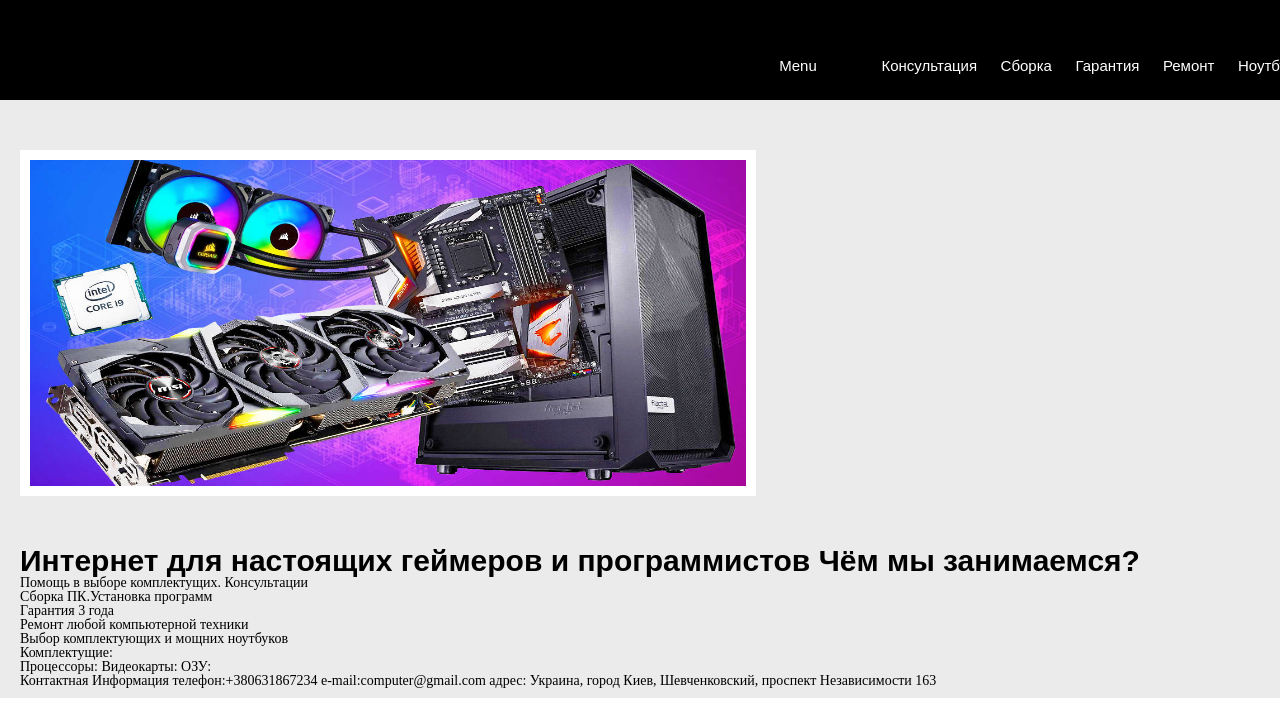
Repository: Bohdan-Sandovenko/First-Project-Flex
Page: index.html
An editor plug-in stored every save of this project. The page is shown before and after the next save, followed by the edit.
The browser window is 1280 px wide. The pictures show the whole page.
The style sheet was rebuilt from its Sass, Less or Tailwind sources for each picture, by a compiler version that may differ from the author's.

Above is the page before, as saved 2024-07-26 23:22:33.

### index.html
<!DOCTYPE html>
<html lang="en">
<head>
    <meta charset="UTF-8">
    <meta name="viewport" content="width=device-width, initial-scale=1.0">
    <link rel="stylesheet" href="css/style.css">
    <title>Document</title>
</head>
<body>
    <header class="top-of-site">
        <nav class="nav-links-of-top">
            <button class="button-menu">Menu</button>
            <a href="">Консультация</a>
            <a href="">Сборка</a>
            <a href="">Гарантия</a>
            <a href="">Ремонт</a>
            <a href="">Ноутбуки</a>
        </nav>
    </header>
    <main class="content">
        <div class="content-top">
            <div class="content-top-image-block">
                <img src="images/first images.jpg" alt="sorry" class="content-top-image">
            </div>
            <span class="content-top-text-inside">Интернет для настоящих геймеров и программистов
            Чём мы занимаемся?</span>
            <ul class="content-top-list">
                <li>Помощь в выборе комплектущих. Консультации</li>
                <li>Сборка ПК.Установка программ</li>
                <li>Гарантия 3 года</li>
                <li>Ремонт любой компьютерной техники</li>
                <li>Выбор комплектующих и мощних ноутбуков</li>
            </ul>
        </div>
        <div class="content-bottom">
            Комплектущие:
            <div class="photos-computer-compotent">
                Процессоры:
                Видеокарты:
                ОЗУ:
            </div>
        </div>
        <footer class="footer">
            Контактная Информация
            телефон:+380631867234
            e-mail:computer@gmail.com
            адрес: Украина, город Киев, Шевченковский, проспект Независимости 163
        </footer>
    </main>
</body>
</html>

### css/style.scss
@import "nullstyles.scss";
$color-black: black;
$color-white: white;
$color-green: rgb(5, 132, 132);
$color-grey: rgb(196, 199, 199);
$color-content: rgb(235, 235, 235);
$font-family-top: Arial, Helvetica, sans-serif;
$font-weight-header: 400;


.top-of-site {
    width: 100%;
    height: 100px;
    background-color: black;
    padding: 50px;
    position: fixed;

    .nav-links-of-top {
        position: relative;
        top: 50%;
        right: -60%;

        .button-menu {
            margin: 0 40px 0px 0px;
            height: 30px;
            width: 80px;
            border-radius: 5px;
            background-color: $color-black;
            color: $color-white;
            font-family: $font-family-top;
            font-weight: $font-weight-header;
            font-size: 15px;

            &:hover {
                opacity: 0.9;
                border: 1px solid $color-green;
            }

            &:active {
                width: 79.5px;
                color: $color-grey;
            }

        }
    }

    a {
        padding: 0 20px 0 0;
        color: $color-white;
        font-family: Arial, Helvetica, sans-serif;
        font-weight: 400;
        font-size: 15px;
    }
}

////////////////////////////////////////////////////////////////////////////////////////////////
.content {
    padding: 100px 20px 10px 20px;
    background-color: $color-content;

    .content-top {
        .content-top-image-block {
            margin: 50px 0px 50px 0px;

            .content-top-image {
                width: 736px;
                height: 346px;
                border: 10px solid $color-white;
            }
        }

        .content-top-text-inside {
            font-family: $font-family-top;
            font-weight: 700;
            font-size: 30px;
        }
    }
}

### css/nullstyles.scss
* {
    padding: 0;
    margin: 0;
    border: 0;
}


*,
*:before,
*:after {
    -webkit-box-sizing: border-box;
    -moz-box-sizing: border-box;
    box-sizing: border-box;
}


:focus,
:active {
    outline: none;
}

a:focus,
a:active {
    outline: none;
}


nav,
footer,
header,
aside {
    display: block;
}


html,
body {
    height: 100%;
    width: 100%;
    font-size: 100%;
    line-height: 1;
    font-size: 14px;
    -ms-text-size-adjust: 100%;
    -moz-text-size-adjust: 100%;
    -webkit-text-size-adjust: 100%;
}


input,
button,
textarea {
    font-family: inherit;
}


input::-ms-clear {
    display: none;
}

button {
    cursor: pointer;
}

button::-moz-focus-inner {
    padding: 0;
    border: 0;
}

a,
a:visited {
    text-decoration: none;
}

a:hover {
    text-decoration: none;
}

ul li {
    list-style: none;
}

img {
    vertical-align: top;
}

h1,
h2,
h3,
h4,
h5,
h6 {
    font-size: inherit;
    font-weight: 400;
}

After the next save:
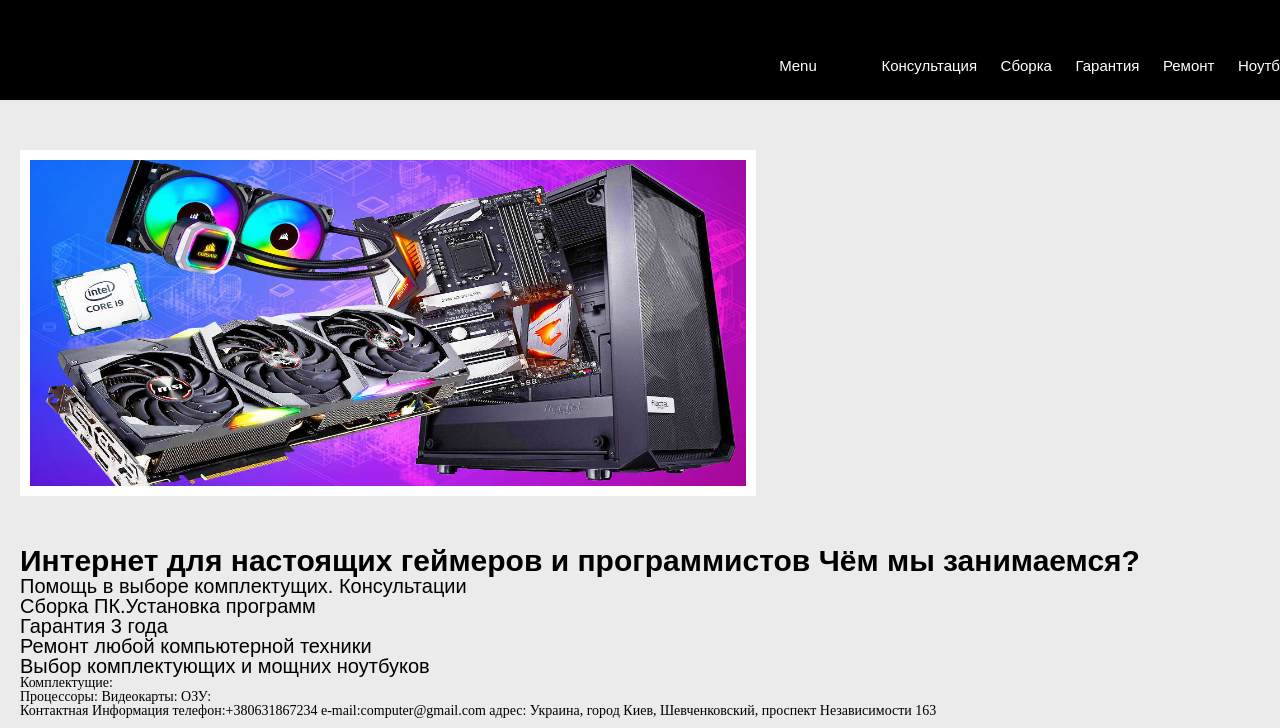
Saved 68 s later.
--- a/css/style.scss
+++ b/css/style.scss
@@ -74,5 +74,10 @@
             font-weight: 700;
             font-size: 30px;
         }
+
+        .content-top-list li {
+            font-family: $font-family-top;
+            font-size: 20px;
+        }
     }
 }
